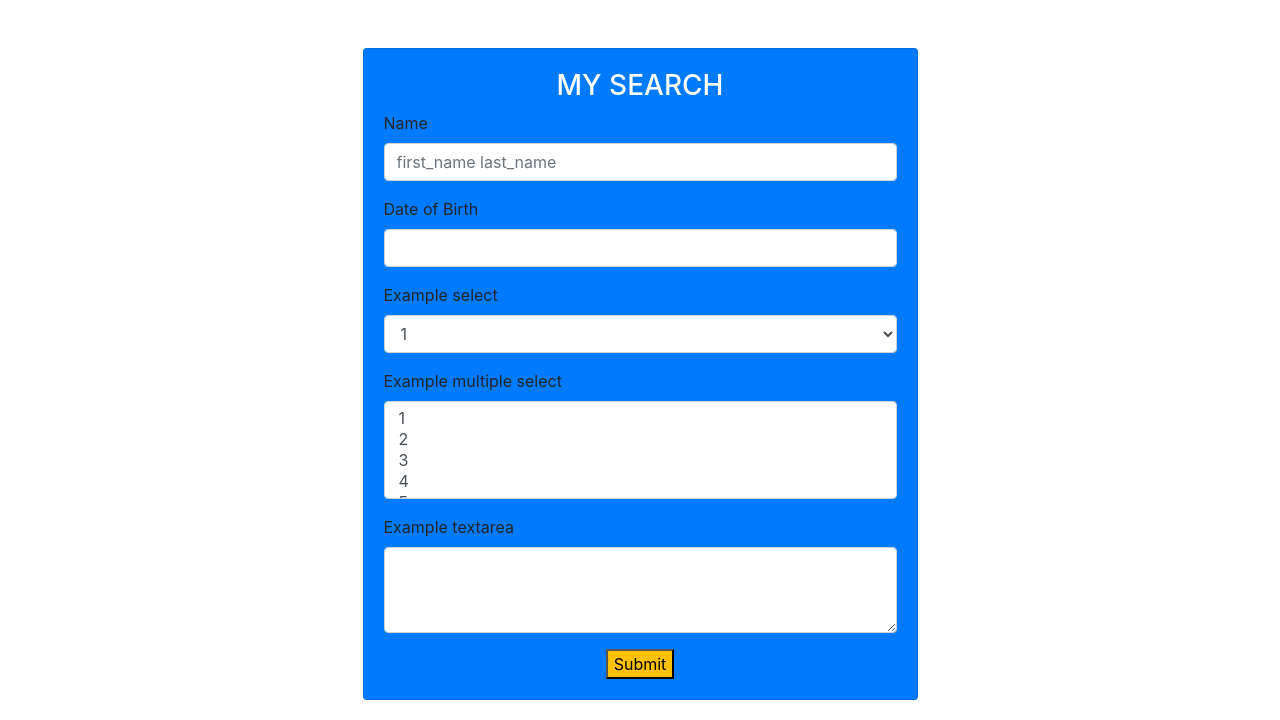
Repository: modinilesh/SpringMVC
Page: http://localhost/springmvcsearch/complex
These files come from the project's save history. The page is drawn as it stood at one moment and after the next save; the edit follows.
The browser window is 1280 px wide. The pictures show the whole page.
Some web libraries are served in a nearby version. The page is served by Tomcat 9.

Above is the page before, as saved 2023-10-20 17:55:39.

After the next save:
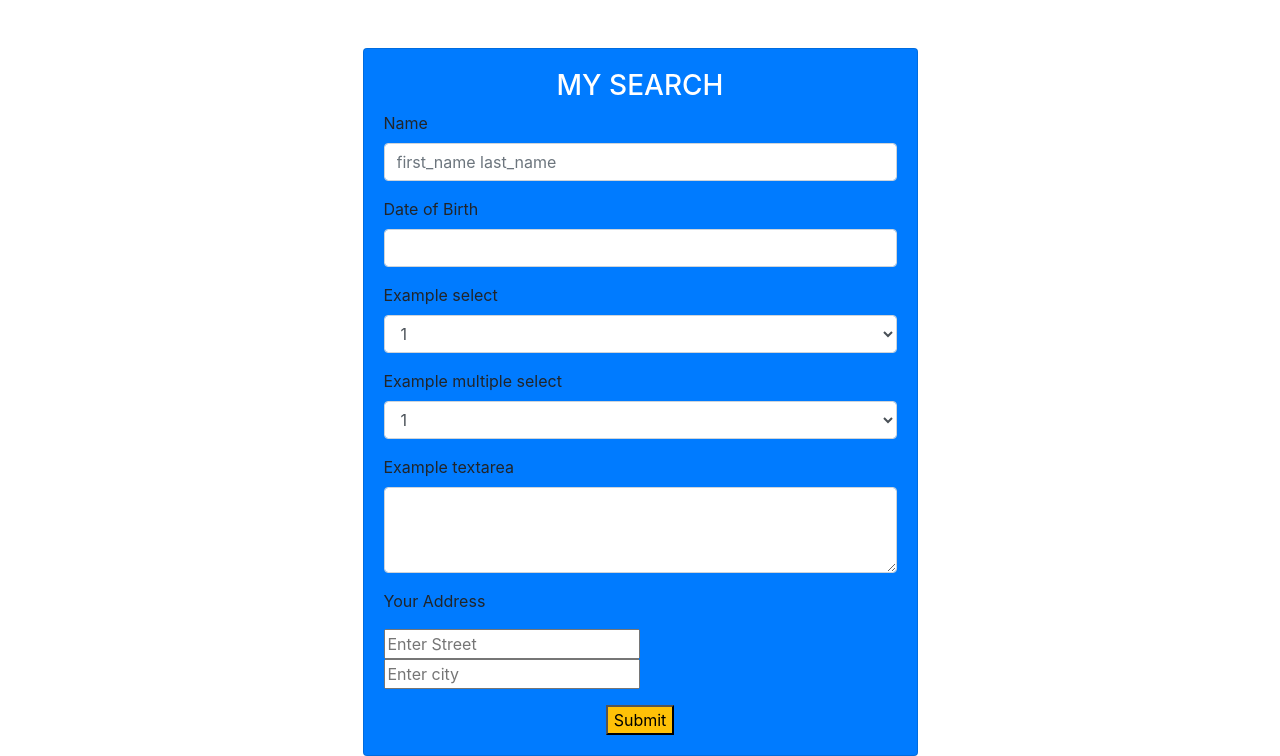
Saved 4 min 35 s later.
--- a/springmvcsearch/src/main/webapp/WEB-INF/views/complex_form.jsp
+++ b/springmvcsearch/src/main/webapp/WEB-INF/views/complex_form.jsp
@@ -50,7 +50,7 @@
 					</div>
 					<div class="form-group">
 						<label for="exampleFormControlSelect2">Example multiple
-							select</label> <select multiple class="form-control"
+							select</label> <select class="form-control"
 							id="exampleFormControlSelect2" name="multiValue">
 							<option>1</option>
 							<option>2</option>
@@ -65,9 +65,21 @@
 							rows="3" name="text"></textarea>
 					</div>
 
+					<div class="form-group">
+						<p>Your Address</p>
+
+						<div class="card-group">
+							<input name="street" placeholder="Enter Street" />
+						</div>
+
+						<div class="card-group">
+							<input name="city" placeholder="Enter city" />
+						</div>
+
+					</div>
+
 					<div class="container text-center">
-						<button class="bg-warning" type="submit" name="submit"
-							id="submit">Submit</button>
+						<button class="bg-warning" type="submit" name="submit" id="submit">Submit</button>
 					</div>
 
 				</form>
